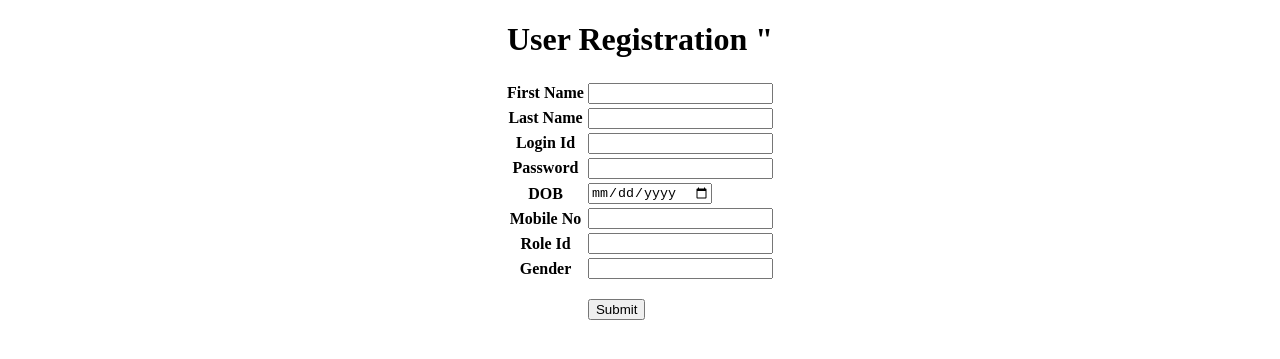
Repository: Ajay12Ajay/Advance_Java
Page: http://localhost/Advance_Web_Project/UserRegistrationView.jsp
An editor plug-in stored every save of this project. The page is shown before and after the next save, followed by the edit.
The browser window is 1280 px wide. The pictures show the whole page.
The page is served by Tomcat 9. Other server files are loaded and not shown.

Above is the page before, as saved 2025-07-24 10:45:57.

### Advance_Java/Advance_Web_Project/WebContent/UserRegistrationView.jsp
<%@ page language="java" contentType="text/html; charset=UTF-8"
	pageEncoding="UTF-8"%>
<!DOCTYPE html>
<html>
<head>
<meta charset="UTF-8">
<title>User Registration</title>
</head>
<body>
	<div align="center">
		<form action="UserRegistrationCtl" method="post">
			<h1>User Registration "</h1>
			<table>
				<tr>
					<th>First Name</th>
					<td><input type="text" name="firstName"></td>
				</tr>
				<tr>
					<th>Last Name</th>
					<td><input type="text" name="lastName"></td>
				</tr>
				<tr>
					<th>Login Id</th>
					<td><input type="text" name="loginId"></td>
				</tr>
				<tr>
					<th>Password</th>
					<td><input type="text" name="password"></td>
				</tr>
				<tr>
					<th>DOB</th>
					<td><input type="date" name="dob"></td>
				</tr>
				<tr>
					<th>Mobile No</th>
					<td><input type="text" name="mobileNo"></td>
				</tr>
				<tr>
					<th>Role Id</th>
					<td><input type="text" name="roleId"></td>
				</tr>
				<tr>
					<th>Gender</th>
					<td><input type="text" name="gender"></td>
				</tr>
				<tr>
					<td><input type="hidden" name="createdBy"></td>
				</tr>
				<tr>

					<td><input type="hidden" name="modifiedBy"></td>
				</tr>
				<tr>
					<td><input type="hidden" name="createdDatetime"></td>
				</tr>
				<tr>
					<td><input type="hidden" name="createdDatetime"></td>
				</tr>
				<tr>
					<th></th>
					<td><input type="submit" name="signUp"></td>
				</tr>
			</table>
		</form>
	</div>
</body>
</html>

After the next save:
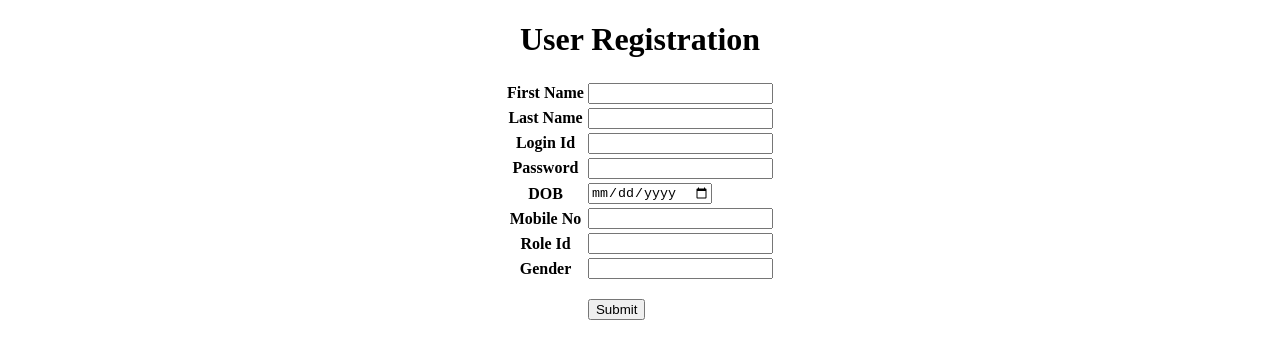
Saved 2 min 57 s later.
--- a/Advance_Java/Advance_Web_Project/WebContent/UserRegistrationView.jsp
+++ b/Advance_Java/Advance_Web_Project/WebContent/UserRegistrationView.jsp
@@ -9,7 +9,7 @@
 <body>
 	<div align="center">
 		<form action="UserRegistrationCtl" method="post">
-			<h1>User Registration "</h1>
+			<h1>User Registration </h1>
 			<table>
 				<tr>
 					<th>First Name</th>
